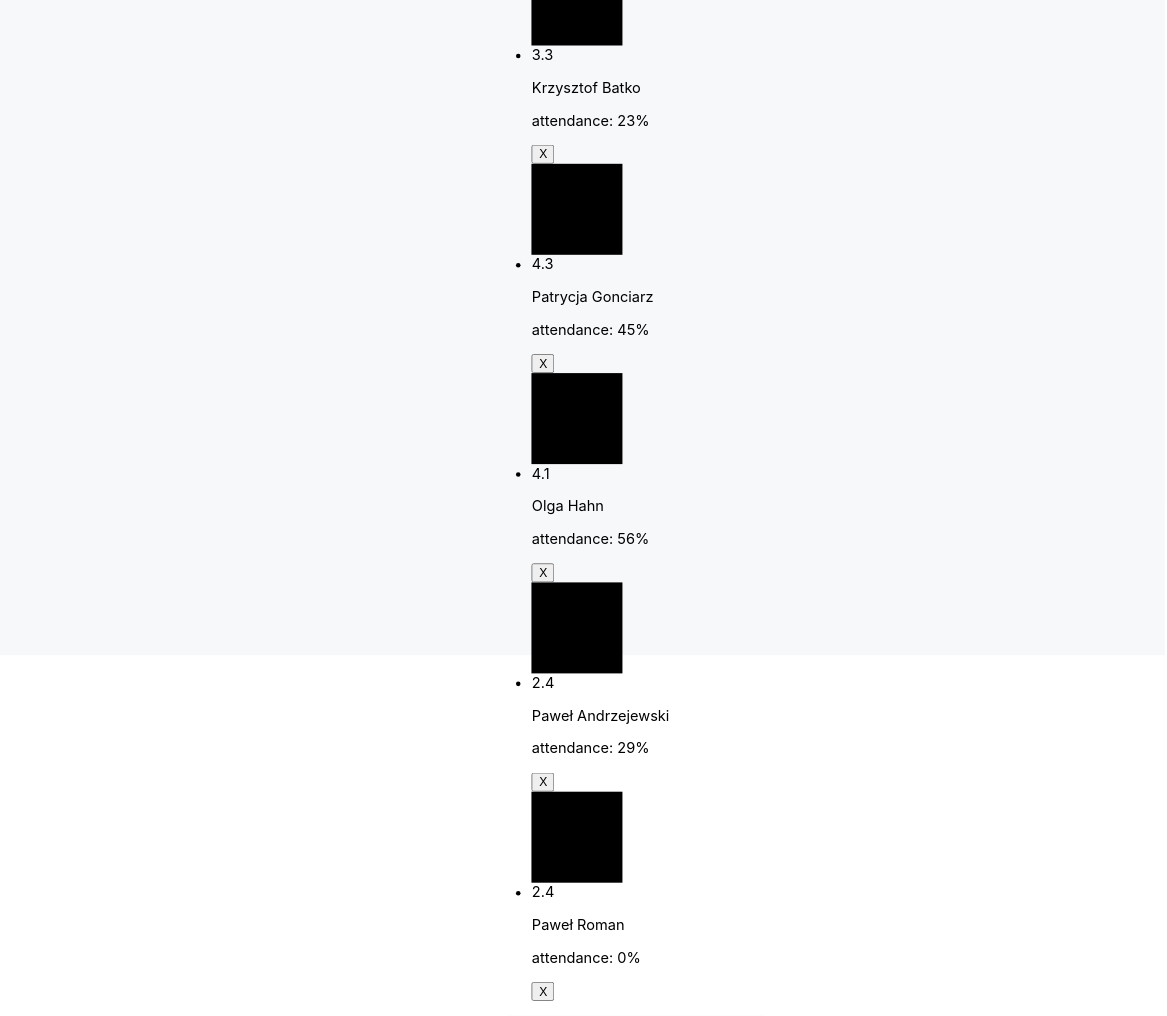
Repository: Dani9090/template-react
Page: /
An editor plug-in stored every save of this project. The page is shown before and after a run of saves, followed by the edit.
The browser window is 1280 px wide. The page is 1280 px wide, then 1282 px, so the pictures cover 1282 px, including what lies to the right of the window. The pictures show the whole page, at 91% of full size.
The project was rebuilt for these pictures with package versions that can differ from the ones it lists, and the page was loaded fresh each time. Also part of the build but not shown: src/components/UserListItem/UserListItem.module.scss.

Above is the page before, as saved 2021-03-05 12:34:52.

After the next 3 saves:
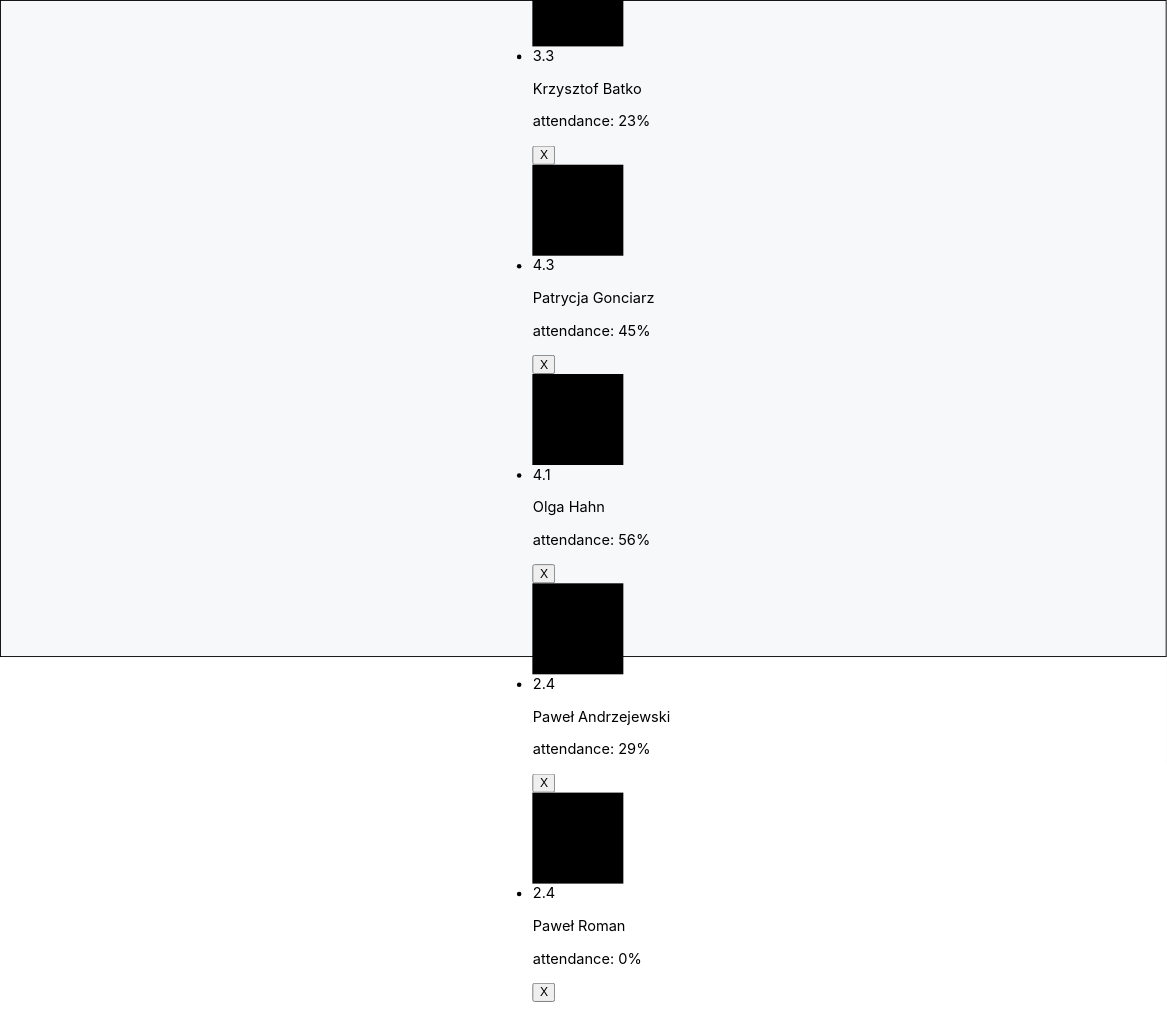
The 3 saves are shown as one change because they came seconds apart.
The last was saved 26 s later.
--- a/src/views/Root.js
+++ b/src/views/Root.js
@@ -9,6 +9,7 @@ const Wrapper = styled.div`
   align-items: center;
   width: 100%;
   height: 100vh;
+  border: 1px solid black;
 `;
 
 const Root = () => (
